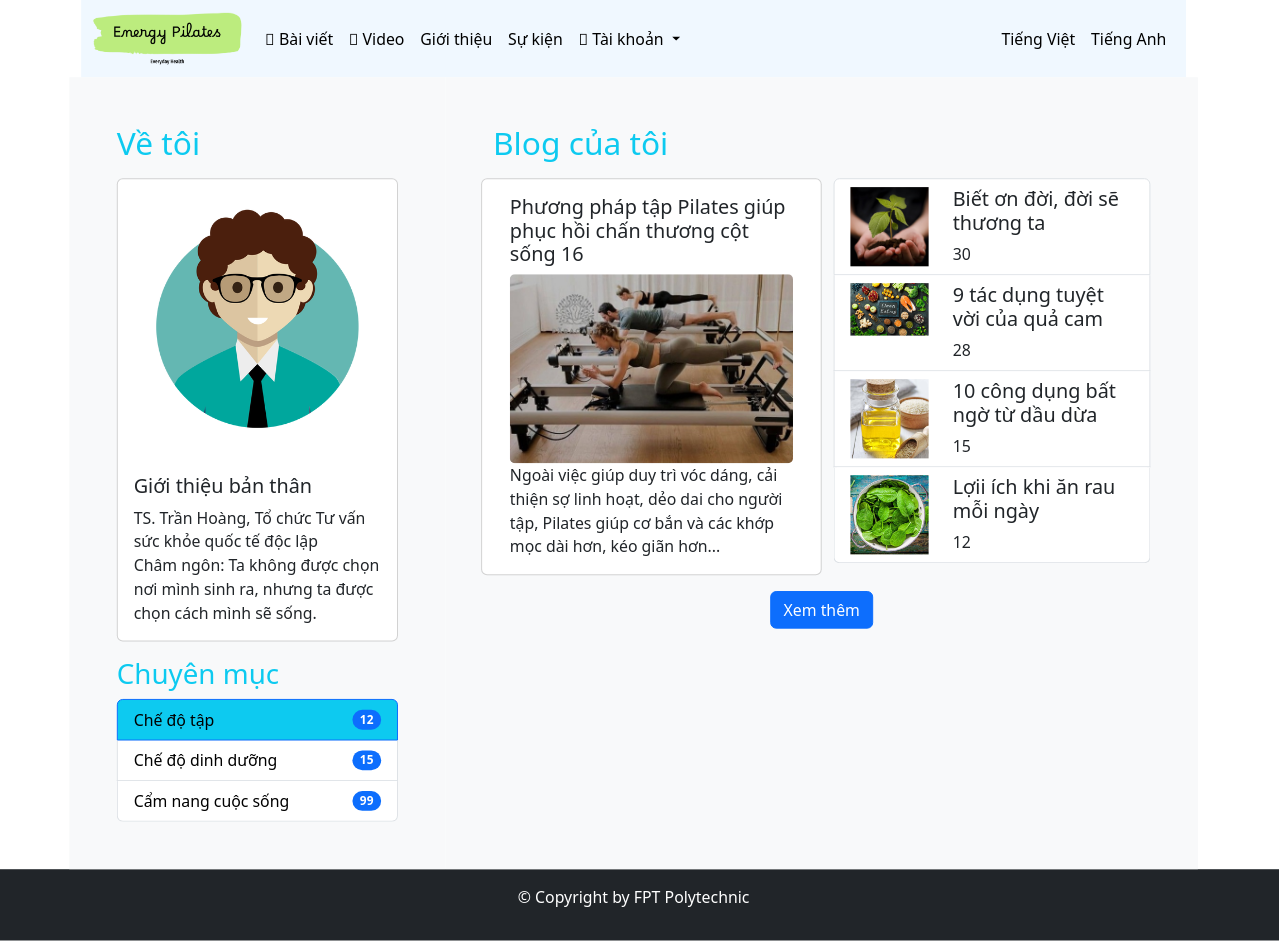
Repository: KizukoHeiwa/SOF308
Page: Lab1/index.html
An editor plug-in stored every save of this project. The page is shown before and after the next save, followed by the edit.
The browser window is 1280 px wide. The page is 1292 px wide, so the pictures cover 1292 px, including what lies to the right of the window. The pictures show the whole page, at 99% of full size.

Above is the page before, as saved 2024-10-31 10:46:49.

### Lab1/index.html
<!DOCTYPE html>
<html lang="en">
<head>
    <meta charset="UTF-8">
    <meta name="viewport" content="width=device-width, initial-scale=1.0">
    <title>FPT Polytechnic</title>
    <link href="https://cdn.jsdelivr.net/npm/bootstrap@5.3.3/dist/css/bootstrap.min.css" rel="stylesheet" integrity="sha384-QWTKZyjpPEjISv5WaRU9OFeRpok6YctnYmDr5pNlyT2bRjXh0JMhjY6hW+ALEwIH" crossorigin="anonymous">
    <script src="https://cdn.jsdelivr.net/npm/bootstrap@5.3.3/dist/js/bootstrap.bundle.min.js" integrity="sha384-YvpcrYf0tY3lHB60NNkmXc5s9fDVZLESaAA55NDzOxhy9GkcIdslK1eN7N6jIeHz" crossorigin="anonymous"></script>
    <link rel="stylesheet" href="https://cdnjs.cloudflare.com/ajax/libs/font-awesome/4.7.0/css/font-awesome.min.css">
    <style>
        header{
            background-color: aliceblue;
            /* box-shadow: 1px 1px 2px 1px lightgray; */
        }
        .nav-link{
            color: black;
        }
        .nav-link:hover{
            color: green;
        }
        .navbar-nav .nav-link.active, .navbar-nav .nav-link.show {
            color: green;
        }
        .button-wrapper{
            display: flex;
            justify-content: center;
            align-items: center;
        }
        .footer-content{
            color: white;
            text-align: center;
        }
    </style>

</head>
<body>
    <div class="container">
        <header>
            <nav class="navbar navbar-expand-sm">
                <div class="container">
                    <a class="navbar-brand" href="#">
                        <img src="img/logo-energy-pilates.png" alt="" style="width: 150px;">
                    </a>
                    <div class="collapse navbar-collapse" id="collapsibleNavbar">
                        <ul class="navbar-nav me-auto">
                            <li class="nav-item">
                                <a class="nav-link" href="#"><i class="fa-solid fa-list"></i> Bài viết</a>
                            </li>
                            <li class="nav-item">
                                <a class="nav-link" href="#"><i class="fa-solid fa-film"></i> Video</a>
                            </li>
                            <li class="nav-item">
                                <a class="nav-link" href="#"><i class="fa-solid fa-circle-info"></i> Giới thiệu</a>
                            </li>
                            <li class="nav-item">
                                <a class="nav-link" href="#"><i class="fa-solid fa-calendar-days"></i> Sự kiện</a>
                            </li>
                            <li class="nav-item dropdown">
                                <a class="nav-link dropdown-toggle" href="#" role="button" data-bs-toggle="dropdown">
                                    <i class="fa-solid fa-user"></i> Tài khoản
                                </a>
                                <ul class="dropdown-menu">
                                    <li><a class="dropdown-item" href="#">Đăng nhập</a></li>
                                    <li><a class="dropdown-item" href="#">Quên mật khẩu</a></li>
                                    <li><a class="dropdown-item" href="#">Đăng ký thành viên</a></li>
                                </ul>
                            </li>
                        </ul>
                        <ul class="navbar-nav d-flex">
                            <li class="nav-item">
                                <a class="nav-link">Tiếng Việt</a>
                            </li>
                            <li class="nav-item">
                                <a class="nav-link">Tiếng Anh</a>
                            </li>
                        </ul>
                    </div>
                </div>
            </nav>
        </header>
        <section class="row">
            <aside class="col-sm-4 bg-light p-5">
                <div class="col-sm">
                    <h2 class="text-info mb-3">Về tôi</h2>
                    <div class="card mb-3">
                        <img src="img/avatar.png" class="card-img-top" alt="">
                        <div class="card-body">
                            <h5 class="card-title">Giới thiệu bản thân</h5>
                            <p class="card-text">TS. Trần Hoàng, Tổ chức Tư vấn sức khỏe quốc tế độc lập <br>
                                Châm ngôn: Ta không được chọn nơi mình sinh ra, nhưng ta được chọn cách mình sẽ sống.
                            </p>
                        </div>
                    </div>

                    <h3 class="text-info mt-2">Chuyên mục</h3>
                    <ul class="list-group">
                        <li class="list-group-item active bg-info d-flex justify-content-between align-items-center">
                            <a class="nav-link" href="#">Chế độ tập</a>
                            <span class="badge bg-primary rounded-pill">12</span>
                        </li>
                        <li class="list-group-item d-flex justify-content-between align-items-center">
                            <a class="nav-link" href="#">Chế độ dinh dưỡng</a>
                            <span class="badge bg-primary rounded-pill">15</span>
                        </li>
                        <li class="list-group-item d-flex justify-content-between align-items-center">
                            <a class="nav-link" href="#">Cẩm nang cuộc sống</a>
                            <span class="badge bg-primary rounded-pill">99</span>
                        </li>
                    </ul>
                    <!-- end Chuyên mục -->
                </div>
            </aside>
            <article class="col-sm-8 bg-light p-5">
                <div class="row">
                        <h2 class="text-info mb-3">Blog của tôi</h2>
                        <div class="card col-sm-6">
                            <div class="card-body">
                                <h5 class="card-title">Phương pháp tập Pilates giúp phục hồi chấn thương cột sống <i class="fa-solid fa-message"></i> 16</h5>
                                <img src="img/tap-piltes.jpg" alt="" class="card-img">
                                <p class="card-text">Ngoài việc giúp duy trì vóc dáng, cải thiện sợ linh hoạt, dẻo dai cho người tập, Pilates giúp cơ bắn và các khớp mọc dài hơn, kéo giãn hơn...</p>
                            </div>
                        </div>
                        <div class="col-sm-6">
                            <ul class="list-group">
                                <li class="list-group-item d-flex justify-content-between align-items-start">
                                    <div class="row">
                                        <div class="col-4">
                                            <img src="img/corevalue.jpg" alt="" class="card-img">
                                        </div>
                                        <div class="col-8">
                                            <h5>Biết ơn đời, đời sẽ thương ta</h5>
                                            <span>30</span>
                                        </div>
                                    </div>
                                </li>
                                <li class="list-group-item d-flex justify-content-between align-items-start">
                                    <div class="row">
                                        <div class="col-4">
                                            <img src="img/eat-clean.png" alt="" class="card-img">
                                        </div>
                                        <div class="col-8">
                                            <h5>9 tác dụng tuyệt vời của quả cam</h5>
                                            <span>28</span>
                                        </div>
                                    </div>
                                </li>
                                <li class="list-group-item d-flex justify-content-between align-items-start">
                                    <div class="row">
                                        <div class="col-4">
                                            <img src="img/sesameoil_300x300.jpg" alt="" class="card-img">
                                        </div>
                                        <div class="col-8">
                                            <h5>10 công dụng bất ngờ từ dầu dừa</h5>
                                            <span>15</span>
                                        </div>
                                    </div>
                                </li>
                                <li class="list-group-item d-flex justify-content-between align-items-start">
                                    <div class="row">
                                        <div class="col-4">
                                            <img src="img/spinach_300x300.jpg" alt="" class="card-img">
                                        </div>
                                        <div class="col-8">
                                            <h5>Lợii ích khi ăn rau mỗi ngày</h5>
                                            <span>12</span>
                                        </div>
                                    </div>
                                </li>
                            </ul>
                        </div>
                    </div>
                    <div class="button-wrapper">
                        <button type="button" class="btn btn-primary m-3">Xem thêm</button>
                    </div>
                </div>
            </article>
        </section>
        <footer class="row bg-dark p-3">
            <p class="footer-content">&copy; Copyright by FPT Polytechnic</p>
        </footer>
    </div>
</body>
</html>

After the next save:
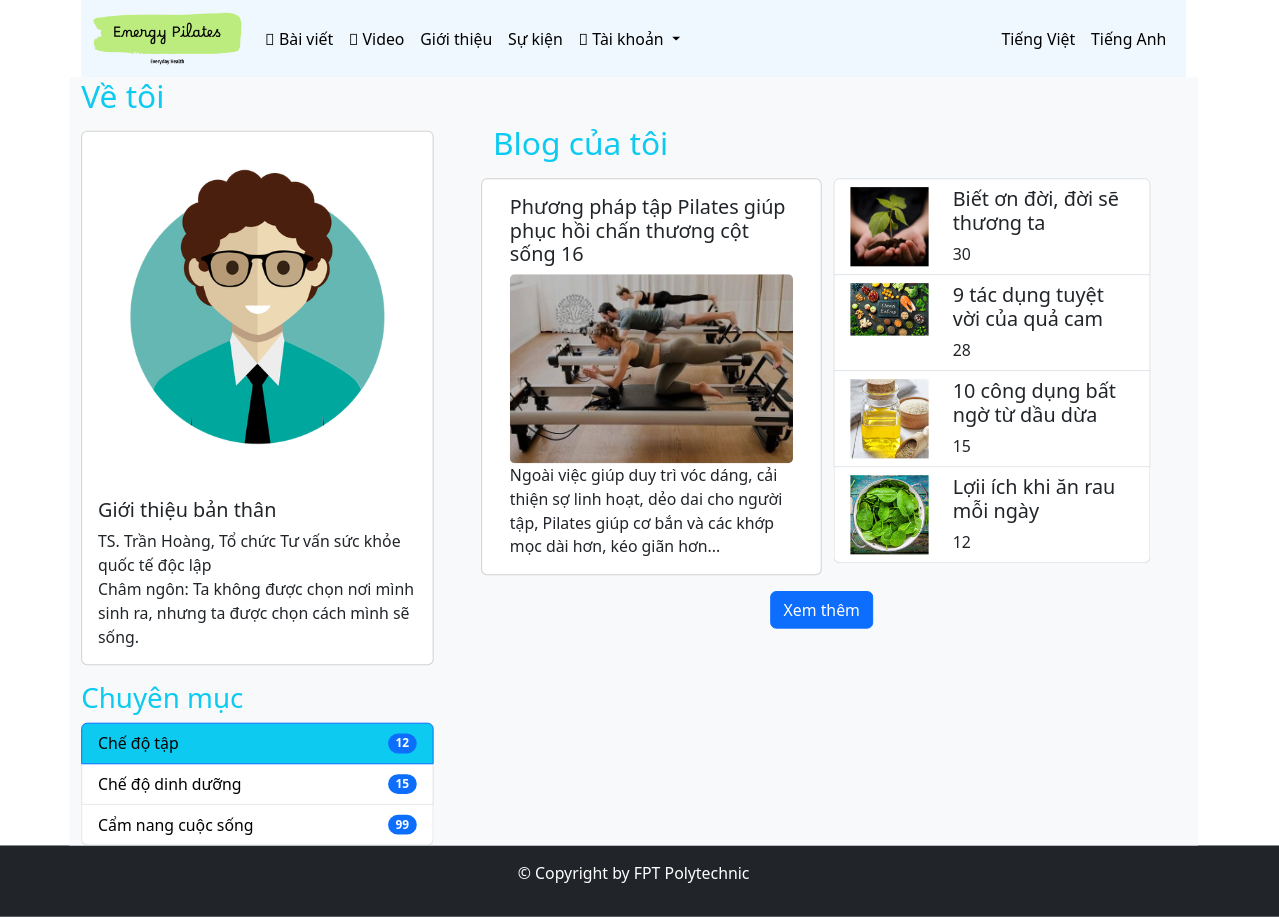
Saved 9 s later.
--- a/Lab1/index.html
+++ b/Lab1/index.html
@@ -79,7 +79,7 @@
             </nav>
         </header>
         <section class="row">
-            <aside class="col-sm-4 bg-light p-5">
+            <aside class="col-sm-4 bg-light">
                 <div class="col-sm">
                     <h2 class="text-info mb-3">Về tôi</h2>
                     <div class="card mb-3">
